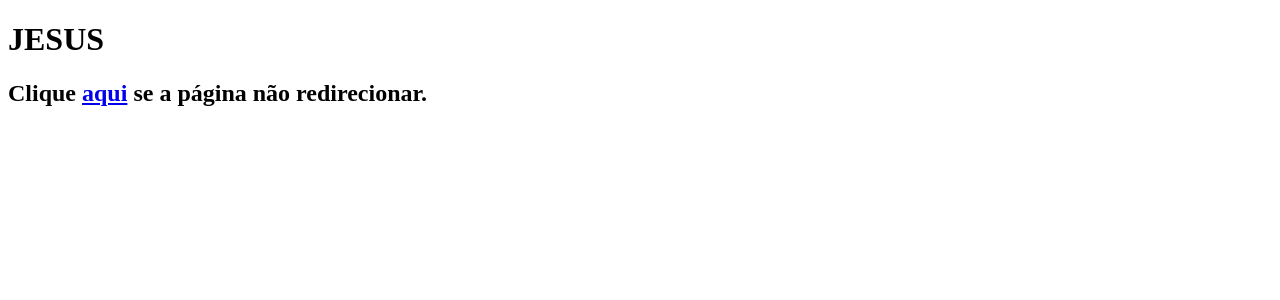
Repository: diegossilva-1995-01-25/SaoGeraldo
Page: SiteSGeraldo/WebContent/index.html
The author's editor kept a copy of each file at every save. The page is drawn from the files as they stood at one save, then again after the next save.
The browser window is 1280 px wide. The pictures show the whole page.

Above is the page before, as saved 2018-03-17 17:52:42.

After the next save:
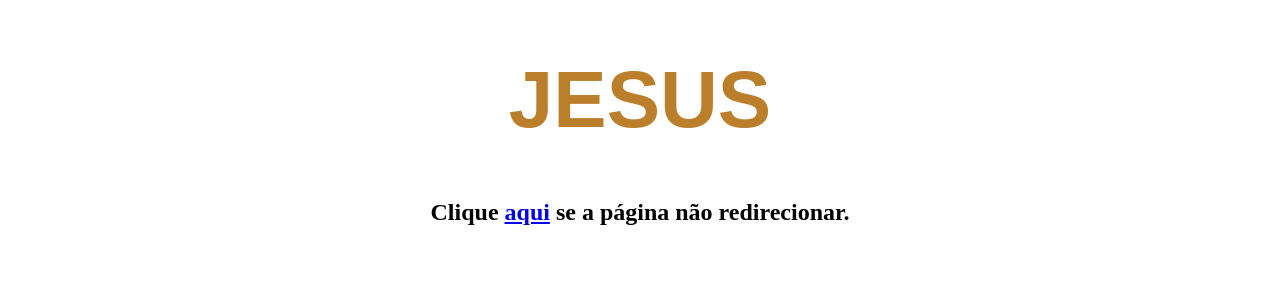
Saved 9 s later.
--- a/SiteSGeraldo/WebContent/index.html
+++ b/SiteSGeraldo/WebContent/index.html
@@ -3,6 +3,7 @@
 <head>
 	<meta charset="ISO-8859-1">
 	<title>Família São Geraldo</title>
+	<link type="text/css" rel="stylesheet" href="styles/estilos.css"/>
 </head>
 
 <body>
